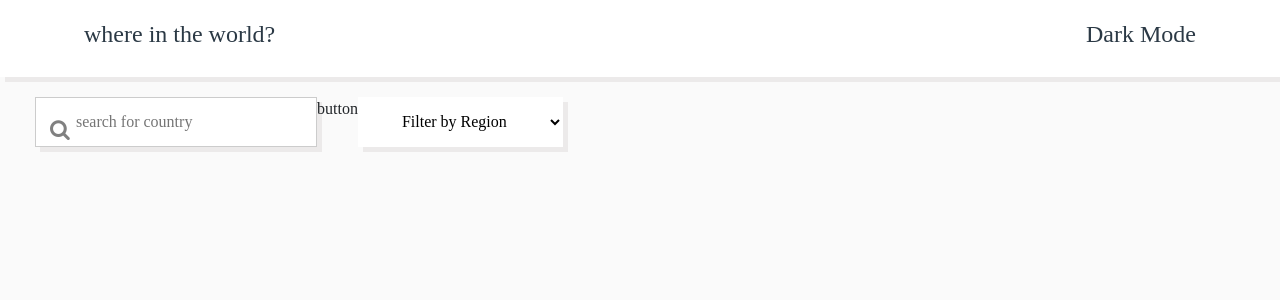
Repository: lamilekan263/countries
Page: /
An editor plug-in stored every save of this project. The page is shown before and after the next save, followed by the edit.
The browser window is 1280 px wide. The pictures show the whole page.
The page's requests for data from a server got no answer. The project was rebuilt for these pictures with package versions that can differ from the ones it lists, and the page was loaded fresh each time. No one was signed in, and anything a server would have sent is missing. Also part of the build but not shown: src/components/country/country.css, src/components/country/country.jsx.

Above is the page before, as saved 2020-07-30 16:08:49.

### src/index.js
import React from 'react';
import ReactDOM from 'react-dom';
import 'bootstrap/dist/css/bootstrap.css'
import App from './App';
import './App.css'

ReactDOM.render(
  <React.StrictMode>
    <App />
  </React.StrictMode>,
  document.getElementById('root')
);

// If you want your app to work offline and load faster, you can change
// unregister() to register() below. Note this comes with some pitfalls.
// Learn more about service workers: https://bit.ly/CRA-PWA
if(module.hot){
  module.hot.accept()
}

### src/App.js
import React, {Component} from 'react';
import NavBar from './components/Navbar/navBar.component'
import CountryList from './components/country-list/country-list.component'
import MyForm from './components/form.component/form.component'

class App extends Component {
  constructor(){
    super();
    this.state={
      countries :[


      ],
      searchValue : ''

      }
  }
    componentDidMount(){
    fetch('https://restcountries.eu/rest/v2/all')
    .then(response => response.json())
    .then(countries => this.setState({countries}))
  }

  handleCountry = e =>{
    this.setState({searchValue : e.target.value})
    console.log(e)

  }

  render() {
    const {countries, searchValue} = this.state
    const filteredCountries = countries.filter(country => country.name.toLowerCase().includes(searchValue.toLowerCase()))
    return (
      <div>
        <NavBar  />
        <MyForm handleChange ={this.handleCountry}/>
          <CountryList countries = {filteredCountries} />


      </div>
    );
  }
}

export default App;

### src/components/Navbar/navBar.component.jsx
import React  from 'react';
import '../Navbar/navbar.styles.css'
const NavBar = () => {
    return (
        <nav >
            <div className="myContainer" id="nav-flex">
                <div>
                    <h1 >where in the world?</h1>
                </div>
                <div>
                    <h1>Dark Mode</h1>
                </div>
            </div>
        </nav>
     );
}

export default NavBar;

### src/components/country-list/country-list.component.jsx
import React from 'react';
import Country from '../country/country'
import './country-list.styles.css'
const CountryList = props => {
    return (
        <div className="country-list container-fluid">
                    <div className="flex-country">
                        {
                            props.countries.map((country,index) => (
                                    <Country key={ index } country ={country}/>
                                    ))
                                }
                    </div>
        </div>
     );
}

export default CountryList;

### src/components/form.component/form.component.jsx
import React from 'react';
import Input from "../input.component/input.component"
import SelectDropDownByRegion from '../selectCountryRegion/selectCountryRegion.component'
import './form.styles.css';



const MyForm =props =>(
    <div className="container-fluid">
        <form className="myForm">
                <Input onHandleChange={props.handleChange}/>
                button
                <SelectDropDownByRegion/>
        </form>
    </div>
);


export default MyForm

### src/components/Navbar/navbar.styles.css

nav{
    background-color:white;
    color:hsl(209, 23%, 22%);
    box-shadow: 5px 5px rgb(236, 234, 234);
    /* position: fixed; /* Set the navbar to fixed position */
    /* top: 0px;
    overflow: hidden;
    z-index:1; */
    width:100%;

}

h1{
    font-size:1.5em;
}
#nav-flex{
    display:flex;
    justify-content: space-between;
    padding:20px;
}
.myContainer{
    width:90%;
    margin:0 auto;
    overflow:hidden;
}

### src/components/country-list/country-list.styles.css

.country-list{
    padding:0% 7%;
    margin:150px 0 20px;


}
@media(min-width:750px){
    .flex-country{
        display:flex;
        flex-wrap:wrap;
        justify-content: space-around;
    }
}

### src/components/input.component/input.component.jsx
import React from 'react';

import './input.styles.css'


const Input = props =>(
    <div className="fontuser">
            <input type="text"
                    placeholder="search for country"
                     required />
            <i className="fa fa-search fa-lg" >{props.onHandleChange}</i>
    </div>
)

export default Input;

### src/components/selectCountryRegion/selectCountryRegion.component.jsx
import React from 'react';

import './selectCountryRegion.styles.css'

const SelectDropDownByRegion = () =>(
    <select name="Filter by Region">
        <option value="">Filter by Region</option>
        <option value="volvo">Volvo</option>
        <option value="saab">Saab</option>
        <option value="fiat">Fiat</option>
        <option value="audi">Audi</option>
    </select>
)


export default SelectDropDownByRegion

### src/components/form.component/form.styles.css
.myForm{
    position:absolute;
    top:30;
    left:10;
    display: flex;
    justify-content: space-between;
    margin:20px;
}

### src/components/input.component/input.styles.css
input{
    width:100%;
    border:none;
    box-shadow:5px 5px rgb(236, 234, 234);

    padding: 12px 40px;

    display: inline-block;
    border: 1px solid #ccc;
    box-sizing: border-box;
}
input :active{
    border: 1px solid red;

}
i{
    position: absolute;
    left: 15px;
    top: 25px;
    color: gray;
}

### src/components/selectCountryRegion/selectCountryRegion.styles.css
select{
    padding: 12px 40px;
    border: none;
    background-color: #fff;
    box-shadow:5px 5px rgb(236, 234, 234);
}

Loaded but not shown: public/index.html (common file); src/App.css (common file)

After the next save:
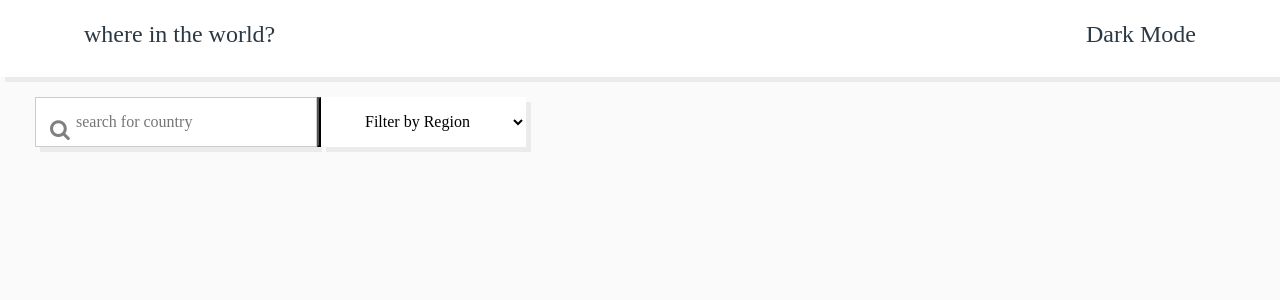
Saved 4 s later.
--- a/src/components/form.component/form.component.jsx
+++ b/src/components/form.component/form.component.jsx
@@ -9,7 +9,7 @@ const MyForm =props =>(
     <div className="container-fluid">
         <form className="myForm">
                 <Input onHandleChange={props.handleChange}/>
-                button
+                <button></button>
                 <SelectDropDownByRegion/>
         </form>
     </div>
